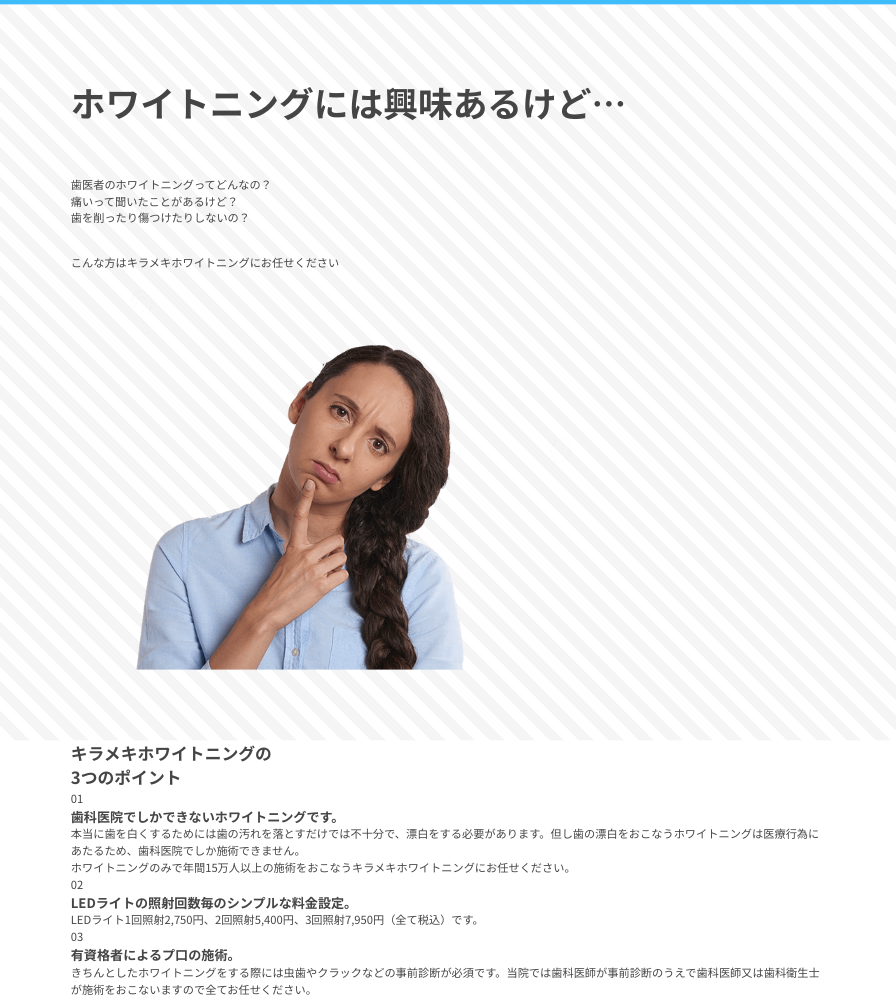
Repository: ryu-nuno/tech_academy_subwork
Page: first/index.html
The author's editor kept a record of every edit. The page is drawn from the files as they stood at one moment, then again after the next edit.
The browser window is 1280 px wide. The pictures show the part of the page from y = 892 to 2812 px (the page is 2316 px tall before and 3230 px after), at 70% of full size.
Some web libraries are served in a nearby version.

Above is the page before.

After the next edit:
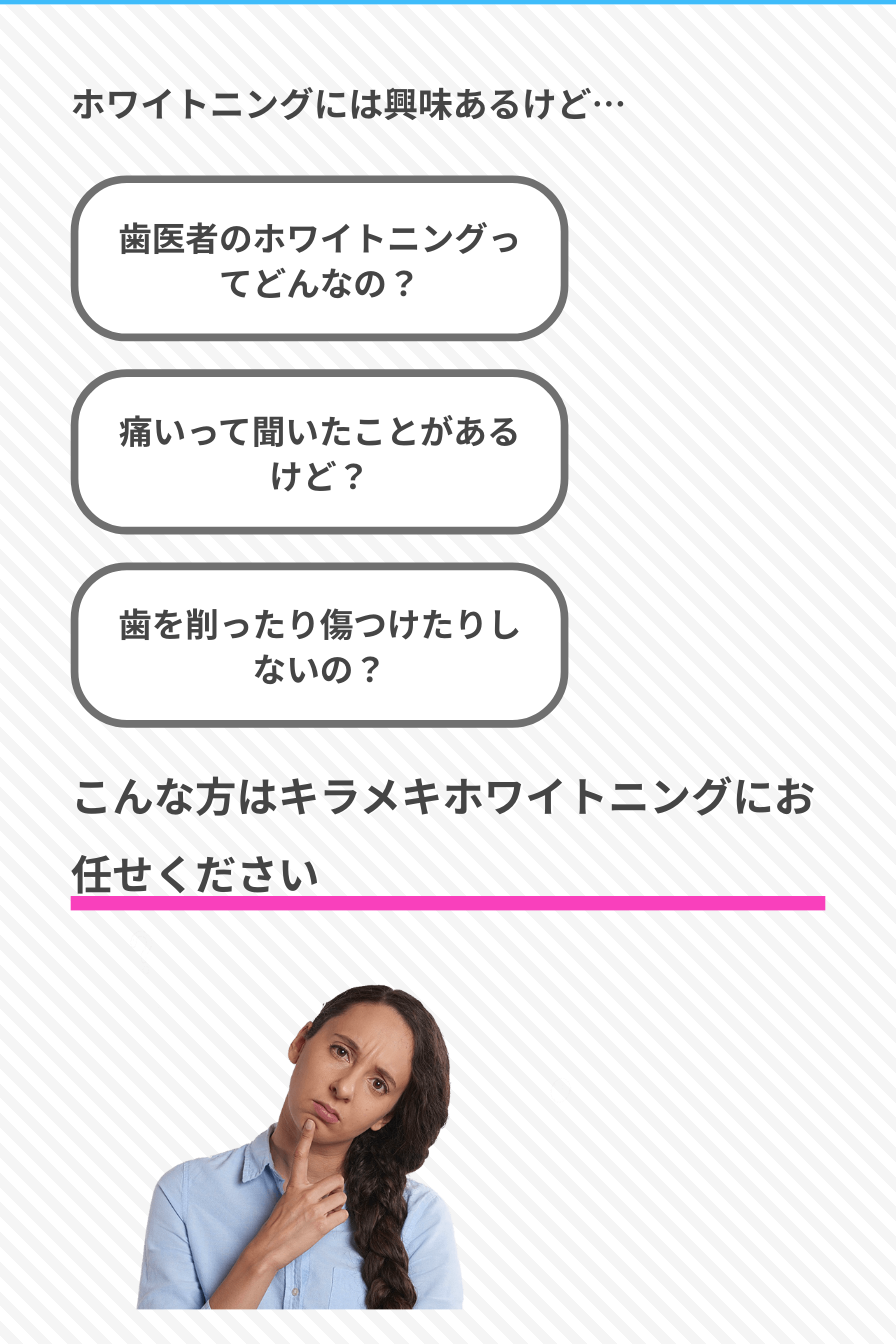
The edit:
--- a/first/css/style.css
+++ b/first/css/style.css
@@ -128,3 +128,31 @@
     position: relative;
     z-index: 10;
 }
+
+.interest ul li {
+    display: block;
+    box-sizing: border-box;
+    font-size: 3rem;
+    line-height: calc(40 / 30);
+    font-weight: 900;
+    border: 0.7rem solid #707070;
+    border-radius: 5rem;
+    background-color: #fff;
+    padding: 2.7rem;
+    margin: 2.5rem 0 0;
+    text-align: center;
+}
+
+.interest p {
+    display: inline-block;
+    font-size: 3.7rem;
+    line-height: calc(3.7rem + 1.6rem * 2);
+    position: relative;
+    z-index: 10;
+}
+
+
+.interest p{
+font-weight: 900;
+    background: linear-gradient(transparent calc(100% - 20px), #f940bc calc(100% - 20px));
+    text-shadow: 3px 0 #fff;
